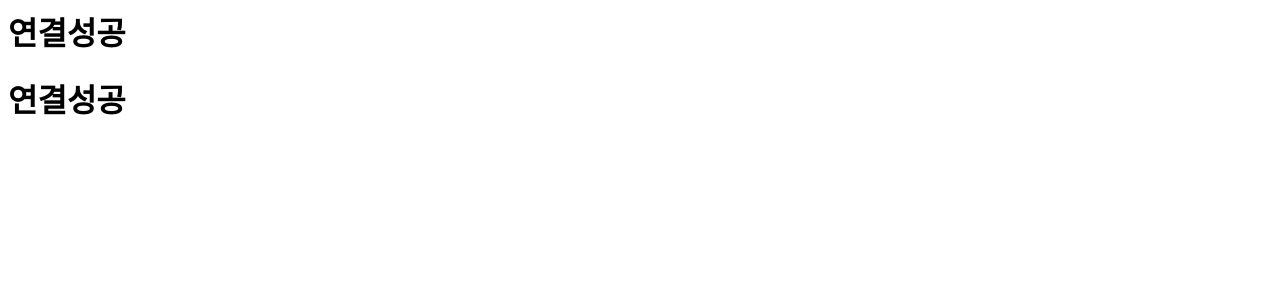
Repository: fhwang2/WEB
Page: http://localhost/190709_JSP_withDB/dbTest2.jsp
An editor plug-in stored every save of this project. The page is shown before and after the next save, followed by the edit.
The browser window is 1280 px wide. The pictures show the whole page.
The page is served by Tomcat 9.

Above is the page before, as saved 2019-07-09 03:31:46.

### 190709_JSP_withDB/WebContent/dbTest2.jsp
<%@page import="java.sql.DriverManager"%>
<%@page import="java.sql.Connection"%>
<%@ page language="java" contentType="text/html; charset=UTF-8"
    pageEncoding="UTF-8"%>
<html>
<%
	// 1. DB연결 드라이버 클래스 호출
	Class.forName("com.mysql.jdbc.Driver");

	Connection conn = null;

	try{ //2. mydb 접속 - 오라클의 경우 : jdbc:orcl://localhost:0000/mydb
		String url = "jdbc:mysql://localhost:3306/mydb?"
					+"useUnicode=true&characterEncoding=utf8";
		String user = "root";  //root는 로컬 외에 접속할 수 없음 - 때문에 원격으로 들어가기 위해서는 admin으로 접속해야함
		String pw = "54321";
		//DB연결정보(주소, 계정) 설정
		conn = DriverManager.getConnection(url, user, pw);

		if(conn!=null){
		%>
			<h1> <%="연결성공" %></h1>
		<%	out.write("<h1>연결성공</h1>"); //<h1>:html 소스를 넣는 건 오류발생의 주요 원인
		} //if

	}finally{

	} //try
%>
</html>
<!-- html 표현을 위해 짧은 명령어로 표현 -->
<!--
	// 1. DB연결 드라이버 클래스 호출
	Class.forName("com.mysql.jdbc.Driver");

	Connection conn = null;

	try{ //2. mydb 접속 - 오라클의 경우 : jdbc:orcl://localhost:0000/mydb
		String url = "jdbc:mysql://localhost:3306/mydb?"
					+"useUnicode=true&characterEncoding=utf8";
		String user = "root";  //root는 로컬 외에 접속할 수 없음 - 때문에 원격으로 들어가기 위해서는 admin으로 접속해야함
		String pw = "54321";
		//DB연결정보(주소, 계정) 설정
		conn = DriverManager.getConnection(url, user, pw);

		if(conn!=null){

/%>	슬래시 없음 : 여기 바뀜 = 순수 자바코드
		<h1> </%="연결성공"%> </h1> = html 코드
</%	= 다시 자바코드 시작
		} //if

	}finally{

	} //try
%> -->

After the next save:
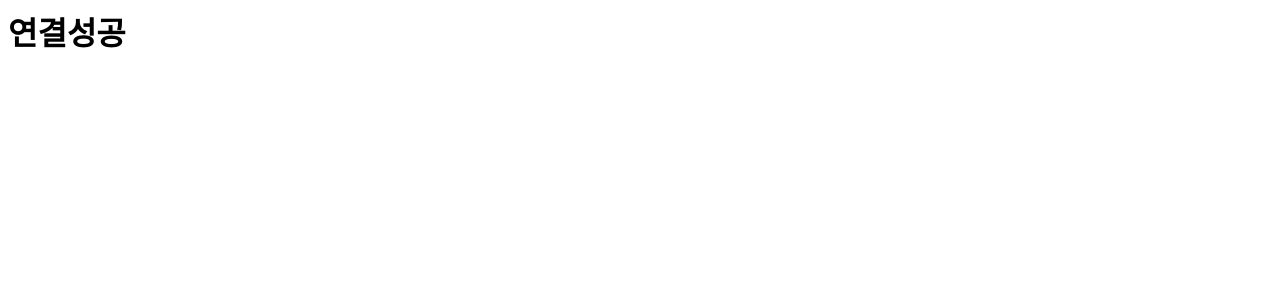
Saved 29 s later.
--- a/190709_JSP_withDB/WebContent/dbTest2.jsp
+++ b/190709_JSP_withDB/WebContent/dbTest2.jsp
@@ -18,9 +18,7 @@
 		conn = DriverManager.getConnection(url, user, pw);
 
 		if(conn!=null){
-		%>
-			<h1> <%="연결성공" %></h1>
-		<%	out.write("<h1>연결성공</h1>"); //<h1>:html 소스를 넣는 건 오류발생의 주요 원인
+			out.write("<h1>연결성공</h1>"); //<h1>:html 소스를 넣는 건 오류발생의 주요 원인
 		} //if
 
 	}finally{
